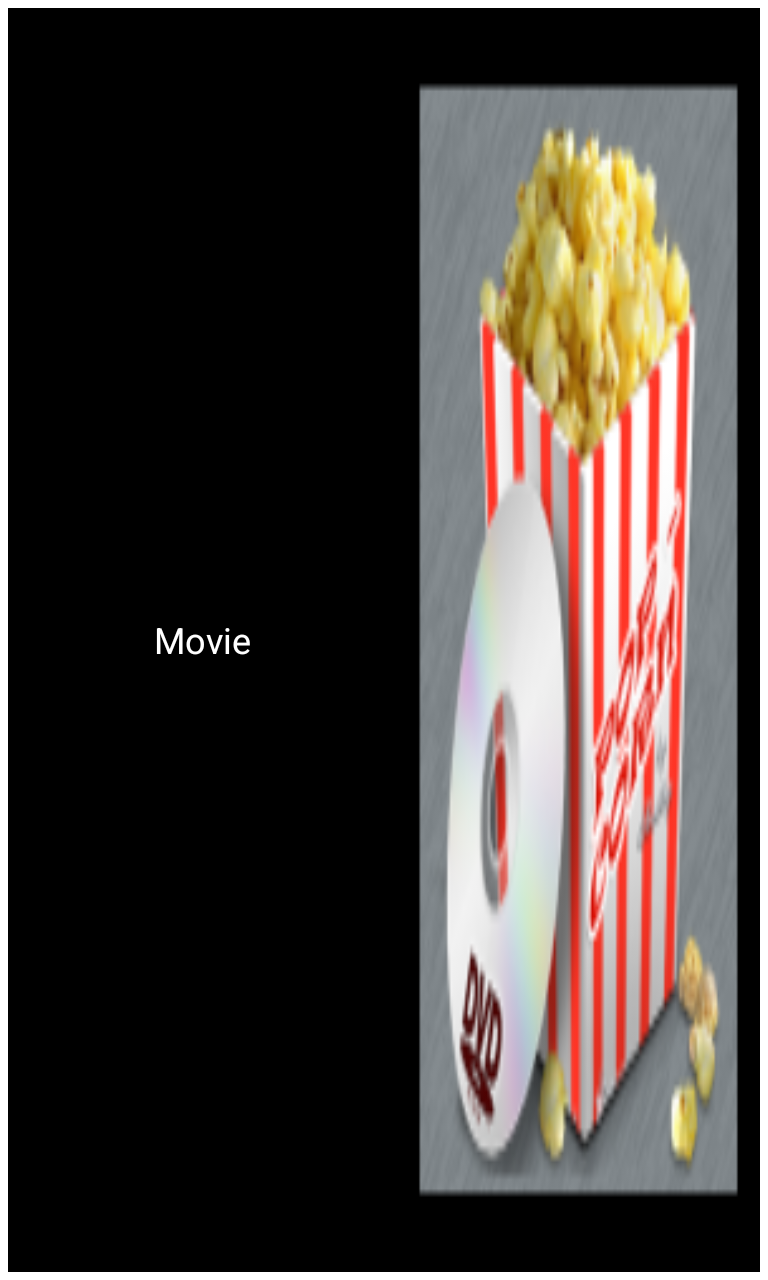
Repository: efreestone/MDF3_Freestone
Layout: MDF3Project3/res/layout/widget_layout.xml
The author's editor kept a copy of each file at every save. The layout is drawn from the files as they stood at one save, then again after the next save.
It is drawn on a 768 x 1280 px phone screen (xhdpi) without system bars, with theme AppTheme; the app's code is not run.

Above is the layout before, as saved 2014-07-25 03:27:23.

After the next save:
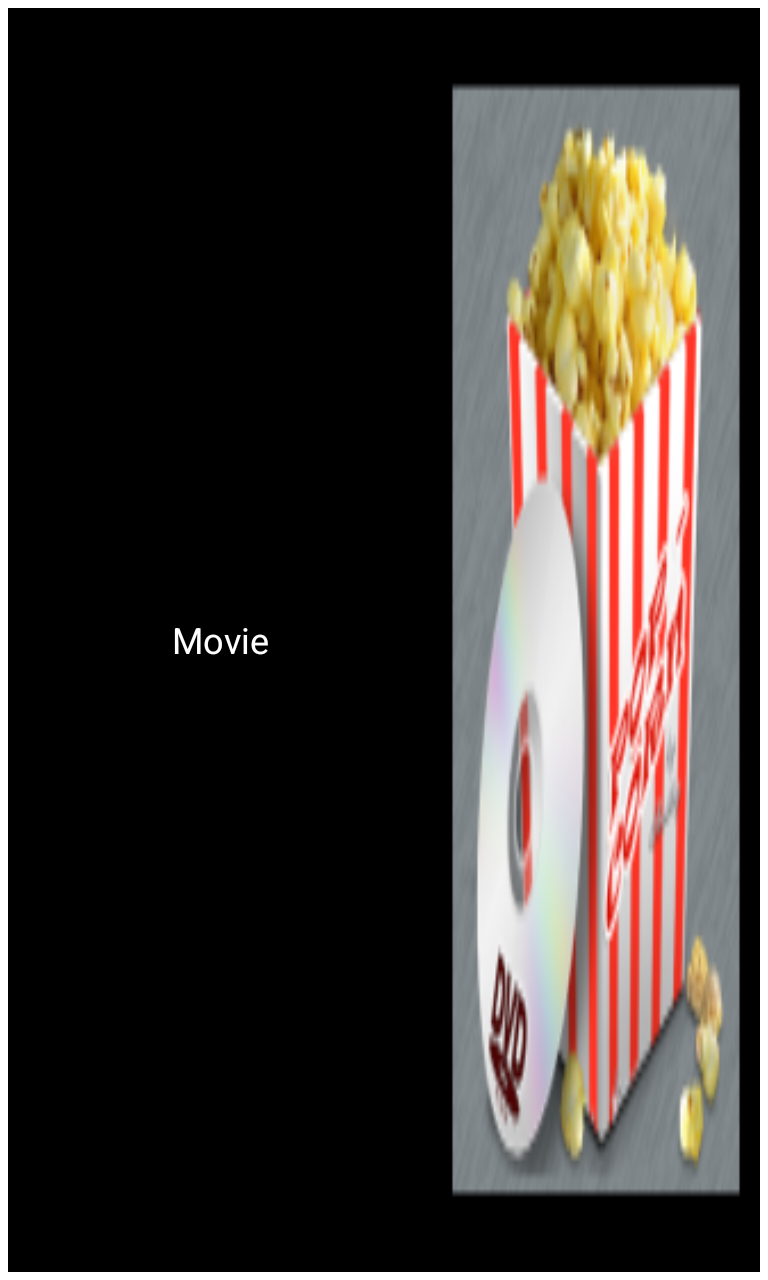
Saved 23 s later.
--- a/MDF3Project3/res/layout/widget_layout.xml
+++ b/MDF3Project3/res/layout/widget_layout.xml
@@ -24,7 +24,7 @@
         <Button
             android:id="@+id/button1"
             android:layout_weight="1"
-            android:layout_width="35dp"
+            android:layout_width="0dp"
             android:layout_height="match_parent"
             android:background="@drawable/ic_launcher"/>
     </LinearLayout>
